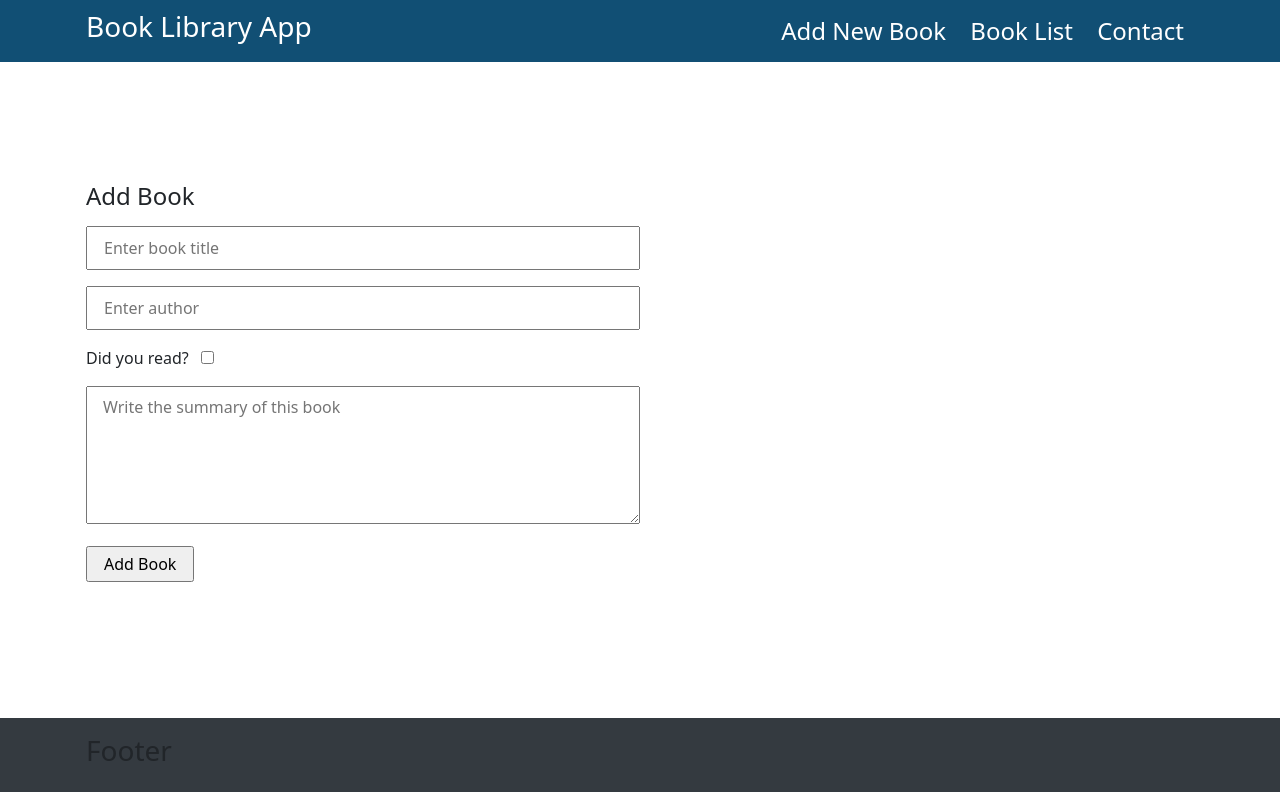
Repository: just-mann/booklibrary-app
Page: http://localhost/
The author's editor kept a copy of each file at every save. The page is drawn from the files as they stood at one save, then again after the next save.
The browser window is 1280 px wide. The pictures show the whole page.
The page is served by the project's Node server (app.js).

Above is the page before, as saved 2021-06-06 03:48:43.

After the next save:
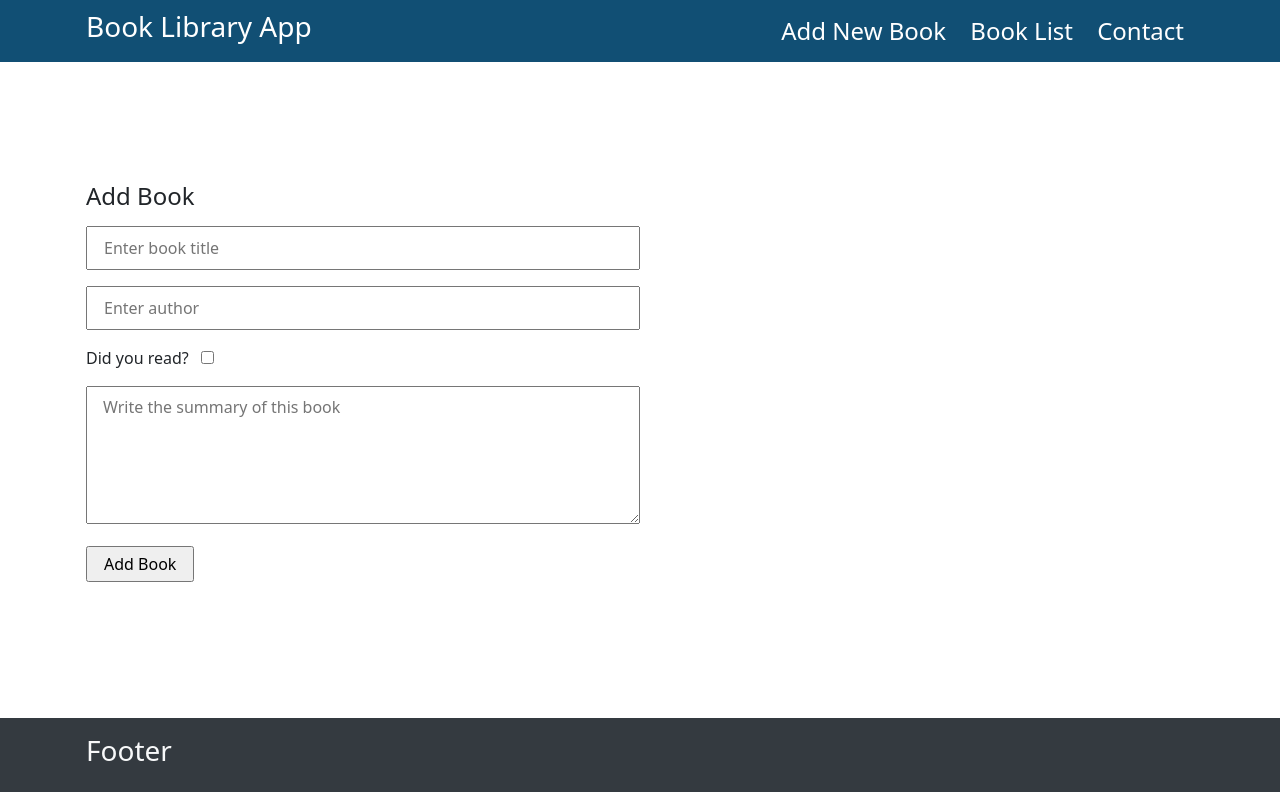
Saved 10 s later.
--- a/views/partials/Footer.ejs
+++ b/views/partials/Footer.ejs
@@ -1,4 +1,4 @@
-<footer class="bg-dark py-3">
+<footer class="bg-dark py-3 text-light">
     <script src="https://ajax.googleapis.com/ajax/libs/jquery/3.5.1/jquery.min.js"></script>
     <script src="/script.js"></script>
     <div class="container">
